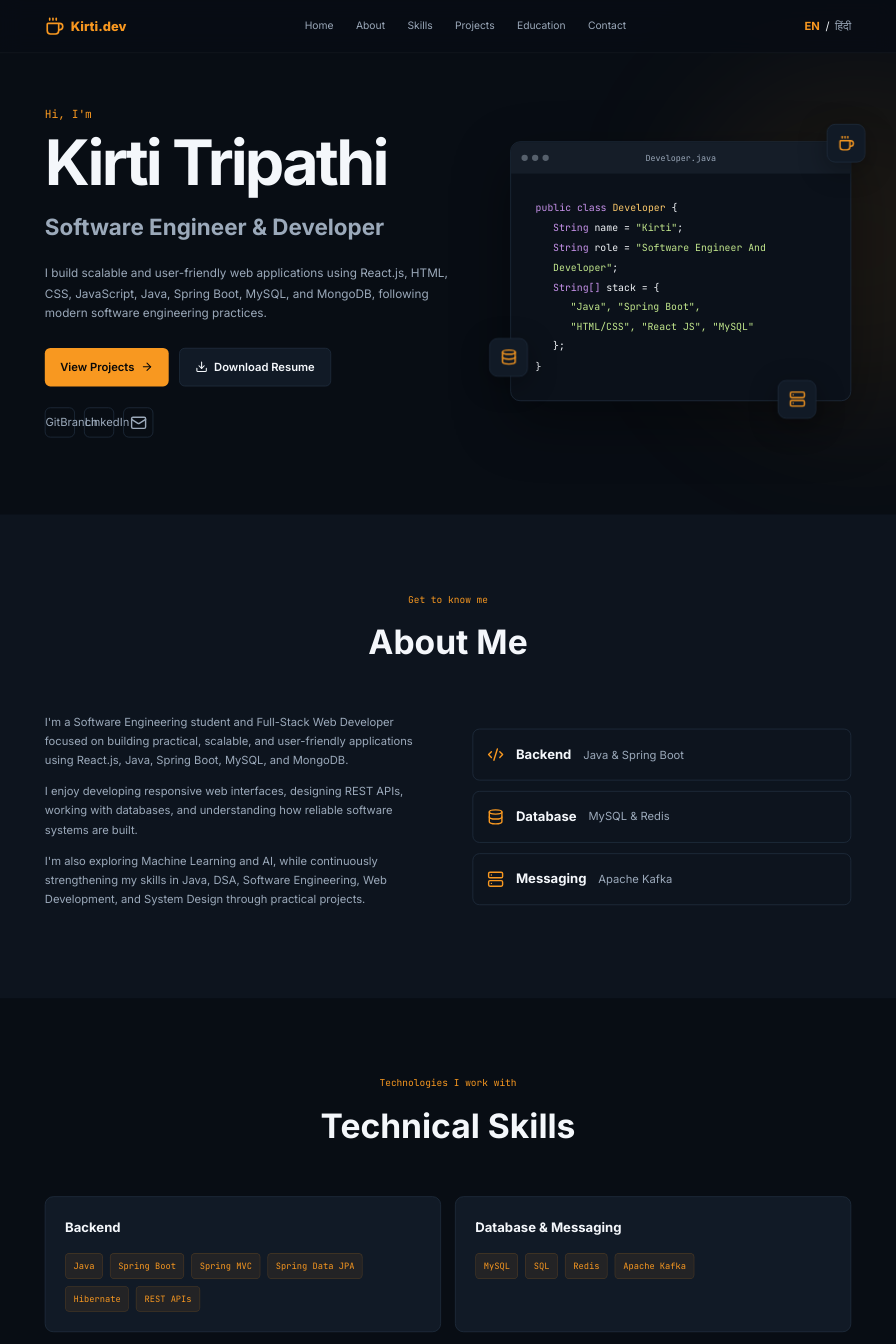
Repository: Rashi-Kirti06/En-Hi-Portfolio
Page: /
The author's editor kept a copy of each file at every save. The page is drawn from the files as they stood at one save, then again after the next save.
The browser window is 1280 px wide. The pictures show the part of the page from y = 0 to 1920 px (the page is 4899 px tall), at 70% of full size.
The project was rebuilt for these pictures with package versions that can differ from the ones it lists, and the page was loaded fresh each time. Also part of the build but not shown: vite.config.js.

Above is the page before, as saved 2026-09-06 16:16:44.

### index.html
<!doctype html>

<html lang="en">

<head>

  <meta charset="UTF-8" />

  <meta
    name="viewport"
    content="width=device-width, initial-scale=1.0"
  />

  <meta
    name="description"
    content="Kirti Tripathi - Java and Spring Boot Backend Developer portfolio."
  />

  <meta
    name="keywords"
    content="Java Developer, Spring Boot Developer, Backend Developer, Java Portfolio"
  />

  <meta name="author" content="Kirti Tripathi" />

  <title>
    Kirti Tripathi | Java Backend Developer
  </title>

</head>

<body>

  <div id="root"></div>

  <script
    type="module"
    src="/src/main.jsx"
  ></script>

</body>

</html>

### src/App.jsx
import { useState } from "react";

import Navbar from "./components/Navbar";
import Hero from "./components/Hero";
import About from "./components/About";
import Skills from "./components/Skills";
import Projects from "./components/Projects";
import Learning from "./components/Learning";
import Education from "./components/Education";
import Contact from "./components/Contact";
import Footer from "./components/Footer";

function App() {
  const [language, setLanguage] = useState("en");

  return (
    <>
      <Navbar language={language} setLanguage={setLanguage} />

      <main>
        <Hero language={language} />
        <About language={language} />
        <Skills language={language} />
        <Projects language={language} />
        <Learning language={language} />
        <Education language={language} />
        <Contact language={language} />
      </main>

      <Footer language={language} />
    </>
  );
}

export default App;

### src/components/Navbar.jsx
import { useState } from "react";
import { Menu, X, Coffee } from "lucide-react";
import { translations } from "../data/translations";

function Navbar({ language, setLanguage }) {
  const [menuOpen, setMenuOpen] = useState(false);

  const t = translations[language].navbar;

  const links = [
    ["home", t.home],
    ["about", t.about],
    ["skills", t.skills],
    ["projects", t.projects],
    ["education", t.education],
    ["contact", t.contact],
  ];

  const closeMenu = () => setMenuOpen(false);

  return (
    <header className="navbar">
      <div className="container nav-container">

        <a href="#home" className="logo" onClick={closeMenu}>
          <Coffee size={28} />
          <span>Kirti.dev</span>
        </a>

        <nav className={menuOpen ? "nav-links active" : "nav-links"}>
          {links.map(([id, label]) => (
            <a
              key={id}
              href={`#${id}`}
              onClick={closeMenu}
            >
              {label}
            </a>
          ))}

          <div className="language-mobile">
            <button
              className={language === "en" ? "lang-active" : ""}
              onClick={() => setLanguage("en")}
            >
              EN
            </button>

            <span>/</span>

            <button
              className={language === "hi" ? "lang-active" : ""}
              onClick={() => setLanguage("hi")}
            >
              हिंदी
            </button>
          </div>
        </nav>

        <div className="nav-actions">
          <div className="language-switcher">
            <button
              className={language === "en" ? "lang-active" : ""}
              onClick={() => setLanguage("en")}
            >
              EN
            </button>

            <span>/</span>

            <button
              className={language === "hi" ? "lang-active" : ""}
              onClick={() => setLanguage("hi")}
            >
              हिंदी
            </button>
          </div>

          <button
            className="mobile-menu"
            onClick={() => setMenuOpen(!menuOpen)}
            aria-label="Toggle navigation"
          >
            {menuOpen ? <X /> : <Menu />}
          </button>
        </div>

      </div>
    </header>
  );
}

export default Navbar;

### src/components/Hero.jsx
import { motion } from "framer-motion";
import {
  ArrowRight,
  Download,
  Mail,
  Database,
  Server,
  Coffee,
} from "lucide-react";


import { translations } from "../data/translations";

function Hero({ language }) {
  const t = translations[language].hero;

  return (
    <section id="home" className="hero section">
      <div className="container hero-grid">

        <motion.div
          className="hero-content"
          initial={{ opacity: 0, x: -40 }}
          animate={{ opacity: 1, x: 0 }}
          transition={{ duration: 0.7 }}
        >

          {/* <div className="availability">
            <span className="availability-dot"></span>
            {t.available}
          </div> */}

          <p className="hero-greeting">{t.greeting}</p>

          <h1>{t.name}</h1>

          <h2>{t.role}</h2>

          <p className="hero-description">
            {t.description}
          </p>

          <div className="hero-buttons">
            <a href="#projects" className="btn btn-primary">
              {t.projectsButton}
              <ArrowRight size={18} />
            </a>

            <a
              href="public\KT'sResume .pdf.pdf"
              download
              className="btn btn-secondary"
            >
              <Download size={18} />
              {t.resumeButton}
            </a>
          </div>

          <div className="social-links">
            <a
              href="https://github.com/Rashi-Kirti06"
              target="_blank"
              rel="noreferrer"
              aria-label="GitBranch"
            >
              GitBranch
            </a>

            <a
              href="linkedin.com/in/kirti-tripathi062214"
              target="_blank"
              rel="noreferrer"
              aria-label="LinkedIn"
            >
              LinkedIn
            </a>

            <a
              href="tripathi17kirti@example.com"
              aria-label="Email"
            >
              <Mail />
            </a>
          </div>

        </motion.div>

        <motion.div
          className="hero-visual"
          initial={{ opacity: 0, scale: 0.9 }}
          animate={{ opacity: 1, scale: 1 }}
          transition={{ duration: 0.7 }}
        >

          <div className="developer-card">

            <div className="terminal-header">
              <div className="terminal-dots">
                <span></span>
                <span></span>
                <span></span>
              </div>

              <span>Developer.java</span>
            </div>

            <div className="code-window">

              <p>
                <span className="code-purple">public class</span>{" "}
                <span className="code-yellow">Developer</span> {"{"}
              </p>

              <p className="indent">
                <span className="code-purple">String</span> name =
                <span className="code-green"> "Kirti"</span>;
              </p>

              <p className="indent">
                <span className="code-purple">String</span> role =
                <span className="code-green">
                  {" "}
                  "Software Engineer And Developer"
                </span>;
              </p>

              <p className="indent">
                <span className="code-purple">String[]</span> stack = {"{"}
              </p>

              <p className="indent-two">
                <span className="code-green">
                  "Java", "Spring Boot",
                </span>
              </p>

              <p className="indent-two">
                <span className="code-green">
                  "HTML/CSS", "React JS", "MySQL"
                </span>
              </p>

              <p className="indent">{"};"}</p>

              <p>{"}"}</p>

            </div>
          </div>

          <div className="floating-icon icon-java">
            <Coffee />
          </div>

          <div className="floating-icon icon-db">
            <Database />
          </div>

          <div className="floating-icon icon-server">
            <Server />
          </div>

        </motion.div>

      </div>
    </section>
  );
}

export default Hero;

### src/components/About.jsx
import { motion } from "framer-motion";
import { Code2, Database, Server } from "lucide-react";
import SectionTitle from "./SectionTitle";
import { translations } from "../data/translations";

function About({ language }) {
  const t = translations[language].about;

  return (
    <section id="about" className="section alt-section">
      <div className="container">

        <SectionTitle
          subtitle={t.subtitle}
          title={t.title}
        />

        <div className="about-grid">

          <motion.div
            className="about-text"
            initial={{ opacity: 0, y: 30 }}
            whileInView={{ opacity: 1, y: 0 }}
            viewport={{ once: true }}
          >
            <p>{t.text1}</p>
            <p>{t.text2}</p>
            <p>{t.text3}</p>
          </motion.div>

          <div className="about-cards">

            <div className="mini-card">
              <Code2 />
              <h3>Backend</h3>
              <p>Java & Spring Boot</p>
            </div>

            <div className="mini-card">
              <Database />
              <h3>Database</h3>
              <p>MySQL & Redis</p>
            </div>

            <div className="mini-card">
              <Server />
              <h3>Messaging</h3>
              <p>Apache Kafka</p>
            </div>

          </div>

        </div>

      </div>
    </section>
  );
}

export default About;

### src/components/Skills.jsx
import { motion } from "framer-motion";
import SectionTitle from "./SectionTitle";
import { translations } from "../data/translations";

const skillGroups = [
  {
    title: "Backend",
    skills: [
      "Java",
      "Spring Boot",
      "Spring MVC",
      "Spring Data JPA",
      "Hibernate",
      "REST APIs",
    ],
  },
  {
    title: "Database & Messaging",
    skills: [
      "MySQL",
      "SQL",
      "Redis",
      "Apache Kafka",
    ],
  },
  {
    title: "Tools",
    skills: [
      "Git",
      "GitHub",
      "Maven",
      "Postman",
      "IntelliJ IDEA",
      "Docker",
    ],
  },
  {
    title: "Core Concepts",
    skills: [
      "OOP",
      "DSA",
      "Design Patterns",
      "Exception Handling",
      "Database Design",
      "REST Architecture",
    ],
  },
];

function Skills({ language }) {
  const t = translations[language].skills;

  return (
    <section id="skills" className="section">
      <div className="container">

        <SectionTitle
          subtitle={t.subtitle}
          title={t.title}
        />

        <div className="skills-grid">

          {skillGroups.map((group, index) => (
            <motion.div
              className="skill-card"
              key={group.title}
              initial={{ opacity: 0, y: 30 }}
              whileInView={{ opacity: 1, y: 0 }}
              viewport={{ once: true }}
              transition={{ delay: index * 0.1 }}
            >
              <h3>{group.title}</h3>

              <div className="skill-tags">
                {group.skills.map((skill) => (
                  <span key={skill}>
                    {skill}
                  </span>
                ))}
              </div>

            </motion.div>
          ))}

        </div>

      </div>
    </section>
  );
}

export default Skills;

### src/components/Projects.jsx
import { motion } from "framer-motion";
import { ArrowUpRight } from "lucide-react";

import SectionTitle from "./SectionTitle";
import { translations } from "../data/translations";

const projects = [
  {
    title: "Ticket Booking System",

    descriptionEn:
      "Backend ticket booking application built using Spring Boot with MySQL persistence, Redis caching and Kafka-based event communication.",

    descriptionHi:
      "Spring Boot से बनाया गया backend ticket booking application जिसमें MySQL persistence, Redis caching और Kafka event communication का उपयोग किया गया है।",

    technologies: [
      "Java",
      "Spring Boot",
      "MySQL",
      "Redis",
      "Kafka",
      "REST API",
    ],

    github:
      "https://github.com/YOUR_USERNAME/ticket-booking-system",

    live: "#",
  },

  {
    title: "Employee Management API",

    descriptionEn:
      "RESTful employee management backend with CRUD operations, validation, exception handling and MySQL database integration.",

    descriptionHi:
      "CRUD operations, validation, exception handling और MySQL integration के साथ बनाया गया RESTful employee management backend।",

    technologies: [
      "Java",
      "Spring Boot",
      "JPA",
      "Hibernate",
      "MySQL",
    ],

    github:
      "https://github.com/YOUR_USERNAME/employee-management",

    live: "#",
  },

  {
    title: "E-Commerce Backend",

    descriptionEn:
      "Backend API architecture for products, users, orders and authentication designed using Spring Boot.",

    descriptionHi:
      "Spring Boot का उपयोग करके products, users, orders और authentication के लिए बनाया गया backend architecture।",

    technologies: [
      "Java",
      "Spring Boot",
      "REST API",
      "MySQL",
      "JWT",
    ],

    github: "#",
    live: "#",
  },
];

function Projects({ language }) {
  const t = translations[language].projects;

  return (
    <section
      id="projects"
      className="section alt-section"
    >
      <div className="container">

        <SectionTitle
          subtitle={t.subtitle}
          title={t.title}
        />

        <div className="projects-grid">

          {projects.map((project, index) => (

            <motion.article
              className="project-card"
              key={project.title}
              initial={{ opacity: 0, y: 40 }}
              whileInView={{
                opacity: 1,
                y: 0,
              }}
              viewport={{ once: true }}
              transition={{
                delay: index * 0.12,
              }}
            >

              <div className="project-number">
                0{index + 1}
              </div>

              <h3>{project.title}</h3>

              <p>
                {language === "en"
                  ? project.descriptionEn
                  : project.descriptionHi}
              </p>

              <div className="project-tech">
                {project.technologies.map(
                  (technology) => (
                    <span key={technology}>
                      {technology}
                    </span>
                  )
                )}
              </div>

              <div className="project-actions">

                {/* <a
                  href={project.github}
                  target="_blank"
                  rel="noreferrer"
                >
                  <Github size={18} />
                  {t.code}
                </a> */}

                <a
                  href={project.live}
                  target="_blank"
                  rel="noreferrer"
                >
                  <ArrowUpRight size={18} />
                  {t.details}
                </a>

              </div>

            </motion.article>

          ))}

        </div>

      </div>
    </section>
  );
}

export default Projects;

### src/components/Learning.jsx
import { motion } from "framer-motion";
import SectionTitle from "./SectionTitle";
import { translations } from "../data/translations";

const technologies = [
  "Advanced Java",
  "Microservices",
  "System Design",
  "Docker",
  "Spring Security",
  "Cloud",
];

function Learning({ language }) {
  const t = translations[language].learning;

  return (
    <section className="section">
      <div className="container">

        <SectionTitle
          subtitle={t.subtitle}
          title={t.title}
        />

        <p className="learning-description">
          {t.description}
        </p>

        <div className="learning-grid">

          {technologies.map((technology, index) => (

            <motion.div
              className="learning-card"
              key={technology}
              initial={{
                opacity: 0,
                scale: 0.9,
              }}
              whileInView={{
                opacity: 1,
                scale: 1,
              }}
              viewport={{ once: true }}
              transition={{
                delay: index * 0.08,
              }}
            >
              <span>{index + 1}</span>
              {technology}
            </motion.div>

          ))}

        </div>

      </div>
    </section>
  );
}

export default Learning;

### src/components/Education.jsx
import { GraduationCap } from "lucide-react";
import SectionTitle from "./SectionTitle";
import { translations } from "../data/translations";

function Education({ language }) {
  const t = translations[language].education;

  return (
    <section
      id="education"
      className="section alt-section"
    >
      <div className="container">

        <SectionTitle
          subtitle={t.subtitle}
          title={t.title}
        />

        <div className="education-card">

          <div className="education-icon">
            <GraduationCap size={34} />
          </div>

          <div>
            <h3>{t.degree}</h3>

            <h4>{t.course}</h4>

            <p>{t.college}</p>

            <span>{t.year}</span>
          </div>

        </div>

      </div>
    </section>
  );
}

export default Education;

### src/components/Contact.jsx
import {
  Mail,
} from "lucide-react";

import SectionTitle from "./SectionTitle";
import { translations } from "../data/translations";

function Contact({ language }) {
  const t = translations[language].contact;

  return (
    <section id="contact" className="section">
      <div className="container">

        <SectionTitle
          subtitle={t.subtitle}
          title={t.title}
        />

        <div className="contact-box">

          <p>{t.description}</p>

          <div className="contact-links">

            <a
              href="mailto:your-email@example.com"
              className="contact-card"
            >
              <Mail />
              <span>{t.email}</span>
            </a>

            <a
              href="https://linkedin.com/in/YOUR_USERNAME"
              target="_blank"
              rel="noreferrer"
              className="contact-card"
            >
              Linkedin
              <span>{t.linkedin}</span>
            </a>

            <a
              href="https://github.com/YOUR_USERNAME"
              target="_blank"
              rel="noreferrer"
              className="contact-card"
            >
              Github
              <span>{t.github}</span>
            </a>

          </div>

        </div>

      </div>
    </section>
  );
}

export default Contact;

### src/components/Footer.jsx
import { Coffee } from "lucide-react";
import { translations } from "../data/translations";

function Footer({ language }) {
  const t = translations[language].footer;

  return (
    <footer className="footer">
      <div className="container footer-content">

        <div className="footer-logo">
          <Coffee size={22} />
          Kirti.dev
        </div>

        <p>
          © {new Date().getFullYear()} Kirti Tripathi
        </p>

        <p>{t.text}</p>

      </div>
    </footer>
  );
}

export default Footer;

### src/components/SectionTitle.jsx
function SectionTitle({ subtitle, title }) {
  return (
    <div className="section-heading">
      <p>{subtitle}</p>
      <h2>{title}</h2>
    </div>
  );
}

export default SectionTitle;

Loaded but not shown: src/main.jsx (common file); src/index.css (1274 lines, source omitted); src/data/translations.jsx (150 lines, source omitted)

After the next save:
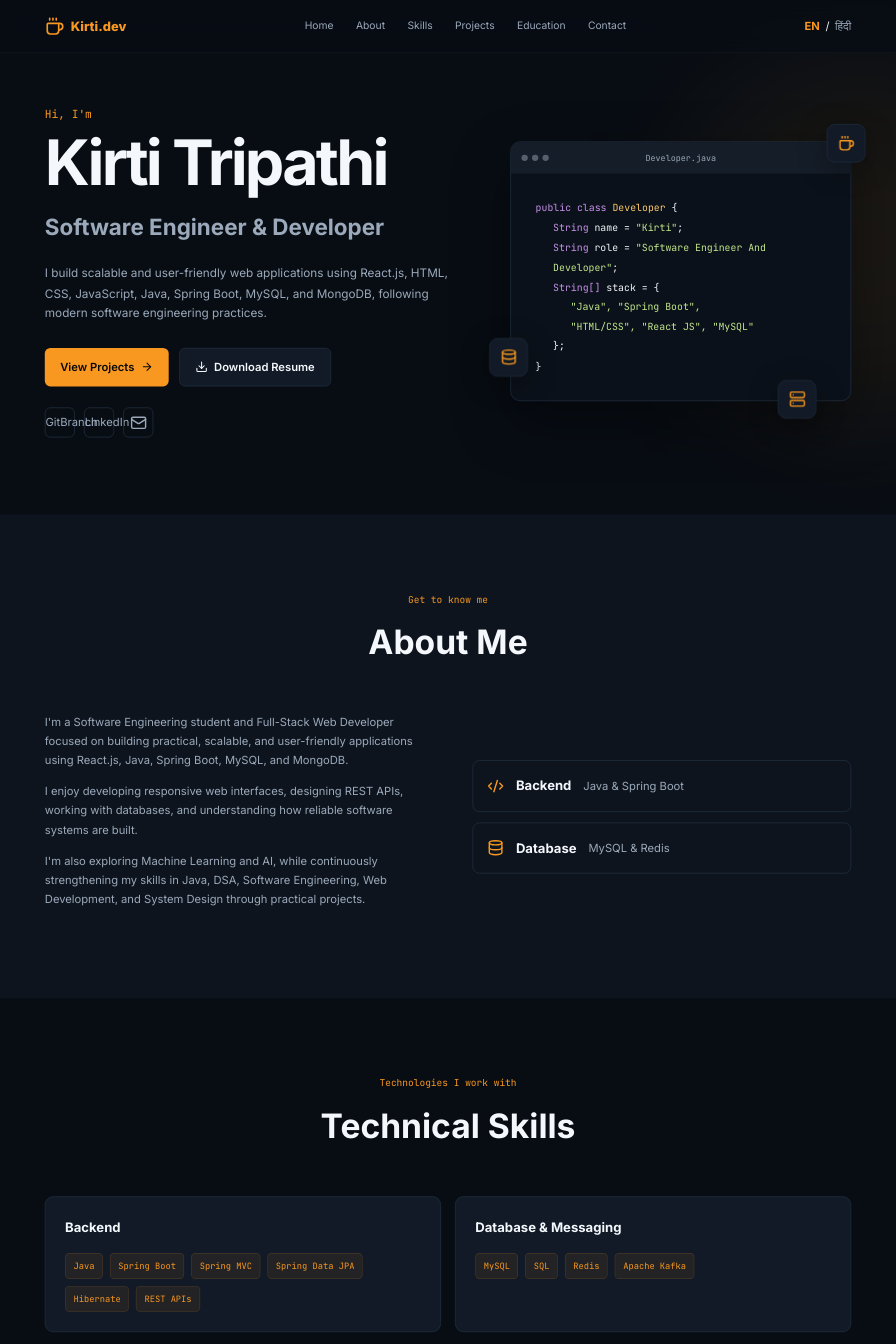
Saved 21 s later.
--- a/src/components/About.jsx
+++ b/src/components/About.jsx
@@ -42,11 +42,6 @@ function About({ language }) {
               <p>MySQL & Redis</p>
             </div>
 
-            <div className="mini-card">
-              <Server />
-              <h3>Messaging</h3>
-              <p>Apache Kafka</p>
-            </div>
 
           </div>
 
